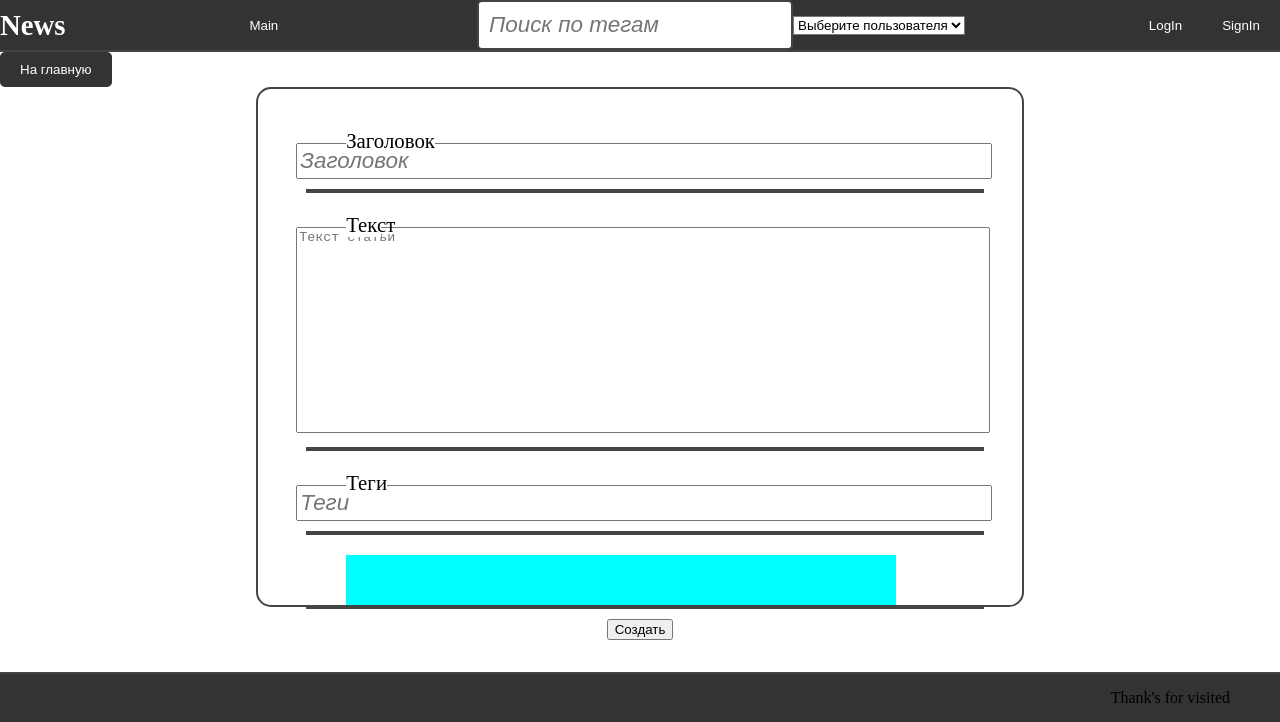
Repository: Igor-Blazhko/news_frontend
Page: /CreatePost
These files come from the project's save history. The page is drawn as it stood at one moment and after the next save; the edit follows.
The browser window is 1280 px wide. The pictures show the whole page.
The project was rebuilt for these pictures with package versions that can differ from the ones it lists, and the page was loaded fresh each time. Also part of the build but not shown: vite.config.ts, src/components/allPost/onePost/onePost.module.css, src/components/allPost/onePost/onePost.tsx, src/components/allPost/allPost.tsx, src/components/auth/logIn/login.module.css, src/components/auth/logIn/login.tsx, src/components/auth/register/register.tsx, src/components/pageOnePost/comments/comment.tsx and 2 more.

Above is the page before, as saved 2024-07-15 16:51:19.

### src/App.tsx
import Header from './components/header/header'
import AllPost from './components/allPost/allPost'
import Footer from './components/footer/footer'
import LogIn from './components/auth/logIn/login'
import { Page } from './types'
import SignIn from './components/auth/register/register'
import { BrowserRouter, Route, Routes } from 'react-router-dom'
import OnePost from './components/pageOnePost/OnePost'
import { Provider } from 'react-redux'
import { store } from './store'
import { QueryClient, QueryClientProvider } from '@tanstack/react-query'
import CreatePost  from './components/createPost/createPost'



const queryClient = new QueryClient();

function App() {

  return (
    <Provider store={store}>
      <QueryClientProvider client={queryClient}>
        <BrowserRouter>
        <Header></Header>
          <Routes>
            <Route path="*" element ={ <AllPost/> }/>
            <Route path={Page.LogIn} element ={ <LogIn/> }/>
            <Route path={Page.SignIn} element ={ <SignIn/> }/>
            <Route path={Page.CreatePost} element ={ <CreatePost/> }/>
            <Route path={Page.OnePost+'/:id'} element ={ <OnePost/> }/>
          </Routes>
        <Footer></Footer>
        </BrowserRouter>
      </QueryClientProvider>
    </Provider>
  )
}

export default App

### src/index.css
body{
  margin: 0;
  padding: 0;
  width: 100vw;
  min-height: 100vh;
  overflow-x: hidden;
}

main{
  min-height: calc(100vh - 100px);
}

### src/components/header/header.tsx

import { Link } from 'react-router-dom';
import Button from '../simplyComponents/button/button';
import styles from './header.module.css'
import ButtonAuth  from './buttonAuth/buttonAuth';
import Filter from './filter/filter';


export default function Header() {
        return (
        <header className={styles.header}>
            <div className={styles.logo}>
                News
            </div>
            <nav>
                <Link to="">
                    <Button>Main</Button>
                </Link>
            </nav>
            <Filter/>
            <ButtonAuth/>
        </header>
    )
}

### src/components/footer/footer.tsx
import { Link } from 'react-router-dom'
import styles from './footer.module.css'
import { Page } from '../../types'
import Button from '../simplyComponents/button/button'
import { useSelector } from 'react-redux'
import { States } from '../../store'

export default function Footer(){
    const JWT = useSelector( (state:States) => state.JWT)
    return(
        <footer className={styles.footer}>
            {
            JWT &&
            <Link to={'/'+Page.CreatePost}>
                <Button>Создать пост</Button>
            </Link>
            }

            <div className={styles.text}>Thank's for visited</div>
        </footer>
    )
}

### src/types.ts
export const enum Page {
    LogIn = 'LogIn',
    SignIn = 'SignIn',
    AllPost = 'AllPost',
    OnePost = 'OnePost',
    CreatePost = 'CreatePost',
}

export class ObjectToken {
    private readonly access_token:string;
    constructor(access_token:string){
        this.access_token = access_token;
    }
}

export class HTTPExeption{
    private readonly response:string;
    private readonly status:number;
    private readonly message:string;
    private readonly name:string;
    constructor(response:string, status:number, message:string, name:string){
        this.response = response;
        this.status = status;
        this.message = message;
        this.name = name;
    }
}

### src/store.ts
import { createStore } from '@reduxjs/toolkit'
import cooks from './basefunction';

export interface States{
  tagfilter: string[],
  userfilter: number,
  JWT:string|undefined,
  location: string,
}

const defaultState:States = {
  tagfilter: [],
  userfilter: 0,
  JWT: cooks.getJWT(),
  location: '*',
}

type Action = {
  type:string,
  buffer?:string,
  userId?:number,
  JWT?:string,
}
const reducer = (state = defaultState, action:Action) => {
  switch (action.type){
    case 'Filter':
      if (( 'buffer' in action) && (action.buffer !== undefined)) {
        const arr = action.buffer.split(' ');
        state = {...state,
          tagfilter: arr,
        }
      }
      return state;
    case 'setUserFilter':
      if (( 'userId' in action) && (action.userId !== undefined)) {
        state = {...state,
          userfilter: action.userId,
        }
      }
      return state
    case 'SetJWT':
      if ( ('JWT' in action) && (action.JWT !== undefined) ){
        state = {...state,
          JWT: action.JWT,
        }
        cooks.LogIn(action.JWT)
      // document.cookie = `JWT_token=${action.JWT}`
      }
      return state;
    case 'DelJwt':
      state = {
        ...state,
        JWT:'',
      }
      cooks.LogOut()
      return state;
    case 'setLocation':
      state = {
        ...state,
        location: location.pathname,
      }
      return state;
    case 'dropLocation':
      state = {
        ...state,
        location: '*',
      }
      return state;
    default:
      return state;
  }
}

export const store = createStore(reducer)

### src/components/createPost/createPost.tsx
import { Link } from "react-router-dom";
import { Page } from "../../types";
import Button from "../simplyComponents/button/button";
import SERVER from "../../dataServer";
import styles from "./createPost.module.css"

export default function CreatePost(){

    return (
        <main>
            <Link to={'/'}>
                <Button>На главную</Button>
            </Link>
            <div>
                <form action={SERVER.POST.News.create} method="post" className={styles.form}>
                    <div className={styles.article}>
                        <label htmlFor="article" className={styles.article} >Заголовок</label>
                        <input type="text" name="article" maxLength={254} placeholder="Заголовок" className={styles.article}/>
                    </div>
                    <div className={styles.text}>
                        <div className={styles.label}>Текст</div>
                        <textarea name="text" placeholder="Текст статьи" className={styles.text}/>
                    </div>
                    <div className={styles.tags}>
                        <label htmlFor="tags" className={styles.tags}>Теги</label>
                        <input type="text" name="tags" placeholder="Теги"  className={styles.tags}/>
                    </div>
                    <div className={styles.file}>
                        <label htmlFor="file" className={styles.file}>
                            <input type="file" name="file" className={styles.file} hidden/>
                        </label>
                    </div>
                    <button type="submit" className={styles.btn}>Создать</button>
                </form>
            </div>
        </main>

    )
}

### src/components/simplyComponents/button/button.tsx
import { MouseEventHandler, ReactNode } from 'react'
import styles from './button.module.css'
type Button = {
    text?:string,
    children?:ReactNode
    onClick?:MouseEventHandler<HTMLButtonElement>
}

export default function Button(props:Button){

    return(
        <button className={styles.button} onClick={props.onClick}>{props.children}</button>
    )
}

### src/components/header/header.module.css
header {
    background-color: #333;
    display: flex;
    justify-content: space-between;
    align-items: center;
    border-bottom: 2px solid #444;
    box-sizing: border-box;
    min-height: 50px;
}

.logo {
    font-size: 1.8em;
    font-weight: bold;
    color: #fff;
}



  .filter {
    display: flex;
    align-items: center;
  }

  .filter input,
  .filterselect {
    padding: 8px 10px;
    margin-left: 15px;
    border: 2px solid #444;
    border-radius: 5px;
    transition: border-color 0.3s ease;
  }

  .filter input:focus,
  .filter select:focus {
    border-color: #888;
  }

  .filter select {
    background-color: #fff;
}

### src/components/header/buttonAuth/buttonAuth.tsx
import { useDispatch, useSelector } from "react-redux"
import { States } from "../../../store"
import cooks from "../../../basefunction";
import Button from "../../simplyComponents/button/button";
import { Link } from "react-router-dom";
import { Page } from "../../../types";

export default function ButtonAuth(){

    const JWT = useSelector( (state:States) => state.JWT);
    const dispatch = useDispatch();

    function LogOut(){
        dispatch({
            type: 'DelJwt',
        })
    }

    return (
        <>
            {
                JWT?
                <div className="auth">
                    <Button onClick={LogOut}>LogOut</Button>
                </div>
                :
                <div className="auth">
                    <Link to={Page.LogIn}>
                        <Button>LogIn</Button>
                    </Link>
                    <Link to={Page.SignIn}>
                        <Button>SignIn</Button>
                    </Link>
                </div>
                }
        </>
    )
}

### src/components/header/filter/filter.tsx

import { useEffect, useState } from 'react'
import { User } from '../../pageOnePost/types/types'
import styles from '../header.module.css'
import { useDispatch } from 'react-redux'

export default function Filter(){
    const [users, setUsers] = useState([ {
        id: 1,
        name: 'igor',
        sername: 'Blazhko',
        login: 'user1',
    }])
    const [change, setChange] = useState(false)
    const dispatch = useDispatch()

    useEffect(() => {
        const users = [
            {
                id: 1,
                name: 'igor',
                sername: 'Blazhko',
                login: 'user1',
            },
            {
                id: 2,
                name: 'igor',
                sername: 'Tokin',
                login: 'user2',
            },
            {
                id: 3,
                name: 'igor',
                sername: 'Lankin',
                login: 'user3',
            },
        ];
        setUsers(users);
        // setLog(JWT)
    },[])

    function changeFilter(event:React.ChangeEvent<HTMLInputElement>){
        dispatch({
            type:'Filter',
            buffer: event.target.value,
        })
    }

    function changeUser(event) {
        dispatch({
            type:'setUserFilter',
            userId: +event.target.value,
        })
        if ( +event.target.value ) setChange(true)
        else setChange(false)
    }

    return (
            <div className={styles.filter}>
                <input type="text" placeholder="Поиск по тегам" onChange={changeFilter}/>
                <select onChange={changeUser} defaultValue="option0">
                    <option value="0">
                        { change? 'Cбросить фильтрацию': 'Выберите пользователя'}
                    </option>
                    {
                        users.map((user:User)=> <option key = {user.id} value={user.id}>{user.name} {user.sername}</option>)
                    }
                </select>
            </div>
    )
}

### src/components/allPost/allPost.module.css

main {
    display: flex;
    flex-direction: column;
    row-gap: 25px;
  }

### src/dataServer.ts


const SERVER = {
    base: 'http://192.168.3.37:5000/',
    POST: {
        register: 'http://127.0.0.1:5000/auth/registration',
        login: 'http://127.0.0.1:5000/auth/login',
        comments: {
            createCom: 'http://127.0.0.1:5000/comments',
        },
        News: {
            create: 'http://127.0.0.1:5000/news',
        }
    },
    GET: {
        allNews: 'http://127.0.0.1:5000/news',
        oneNews: 'http://127.0.0.1:5000/news?id=',
        getAllCommentByPostId: 'http://127.0.0.1:5000/comments?id=',
    }
}
export default SERVER;

### src/components/footer/footer.module.css
footer {
    width: 100vw;
    background-color: #333;
    min-height: 50px;
    border-top: 2px solid #444;
    display: flex;
    justify-content: flex-end;
    align-items: center;
    box-sizing: border-box;
}

.text{
    margin-right: 50px;
}

### src/components/pageOnePost/OnePost.module.css
main{
  display: block;
}
.post_content_full {
    display: flex;
    flex-direction: column;
    align-items: center;
    text-align: center;
    animation: slideIn 0.5s ease-in-out;
  }

  .post_image {
    width: 150px;
    height: 150px;
    margin-bottom: 20px;
  }

  .post_title_full {
    font-size: 2em;
    margin-bottom: 20px;
  }

  .post_text_full {
    font-size: 1.2em;
    margin-bottom: 40px;
  }

  .comments {
    background-color: #fff;
    padding: 20px;
    border: 1px solid #ccc;
    border-radius: 10px;
    margin-top: 20px;
  }



  .comments h3 {
    font-size: 1.5em;
    margin-bottom: 10px;
  }

  .comment {
    margin-bottom: 10px;
    padding: 10px;
    border: 1px solid #ccc;
    border-radius: 5px;
    background-color: #fafafa;
  }

  .comment p {
    font-size: 1.2em;
  }

  .comment_form {
    margin-top: 20px;
  }

  .comment_form textarea {
    width: 100%;
    padding: 10px;
    margin-bottom: 10px;
    border: 1px solid #ccc;
    border-radius: 5px;
    resize: vertical;
    transition: border-color 0.3s ease;
  }

  .comment_form textarea:focus {
    border-color: #888;
  }

  .comment_form button {
    padding: 10px;
    border: none;
    border-radius: 5px;
    background-color: #333;
    color: #fff;
    cursor: pointer;
    transition: background-color 0.3s ease, transform 0.3s ease;
  }

  .comment_form button:hover {
    background-color: #444;
    transform: translateY(-3px);
  }

### src/basefunction.ts
import { useDispatch } from "react-redux";

class Cookie {
    getCookie(name:string) {
        let matches = document.cookie.match(new RegExp(
          "(?:^|; )" + name.replace(/([\.$?*|{}\(\)\[\]\\\/\+^])/g, '\\$1') + "=([^;]*)"
        ));
        return matches ? decodeURIComponent(matches[1]) : undefined;
    }

    setCookie(name:string, value:string, options = {}) {

        options = {
          path: '/',
          // при необходимости добавьте другие значения по умолчанию
          ...options
        };

        if (options.expires instanceof Date) {
          options.expires = options.expires.toUTCString();
        }

        let updatedCookie = encodeURIComponent(name) + "=" + encodeURIComponent(value);

        for (let optionKey in options) {
          updatedCookie += "; " + optionKey;
          let optionValue = options[optionKey];
          if (optionValue !== true) {
            updatedCookie += "=" + optionValue;
          }
        }

        document.cookie = updatedCookie;
    }

    deleteCookie(name:string) {
        this.setCookie(name, "", {
          'max-age': -1
        })
    }

    getJWT(){
        return this.getCookie('JWT_token')
    }

    LogIn(token:string){
        this.setCookie('JWT_token', token, {
            'max-age': 3600
          } )
    }

    LogOut(){
        this.setCookie('JWT_token', '', {
            'max-age': 3600
          } )
    }
}
const cooks = new Cookie()
export default cooks

### src/components/createPost/createPost.module.css
.form {
    border: 2px solid #444;
    border-radius: 15px;
    width: 60%;
    height: calc(100vh - 200px);
    margin: 0 auto;
    display: flex;
    flex-direction: column;
    justify-content: space-between;
    align-items: center;
    padding: 30px 0 ;
    box-sizing: border-box;
}

form>div{
    width: 90%;
}

label, .label {
    position: relative;
    top: 10px;
    left: 50px;
    z-index: 2;
    background-color: white;
    font-size: 1.3em;
    transition: all 0.3s ease-in-out;
}
div:has(input:focus)>label{
    transition: all 0.2s  ease-in;
    top: 0;
}
textarea{
	resize: none;
    width: 100%;
    height: 200px;
}

.label {
    width: 5%;
}
div:has(textarea:focus) .label{
    top: 0;
}
input{
    width: 100%;
    height: 30px;
    font-size: 1.4em;
    font-style: italic;
    display: block;
}

form>div:after{
    display: block;
    width: 98%;
    background-color: #444;
    border: 2px solid #444;
    content: "";
    margin: 10px;
}

label.file{
    display: block;
    background-color: aqua;
    width: 80%;
    height: 50px;
}

input.file{
    opacity: 0;
}

### src/components/simplyComponents/button/button.module.css
.button {
    padding: 10px 20px;
    background-color: #333;
    color: #fff;
    border: none;
    border-radius: 5px;
    cursor: pointer;
    transition: background-color 0.3s ease, transform 0.3s ease;
    text-decoration: none;
}

.button:hover {
    background-color: #444;
    transform: translateY(-3px);
}

Loaded but not shown: index.html (common file); src/main.tsx (common file)

After the next save:
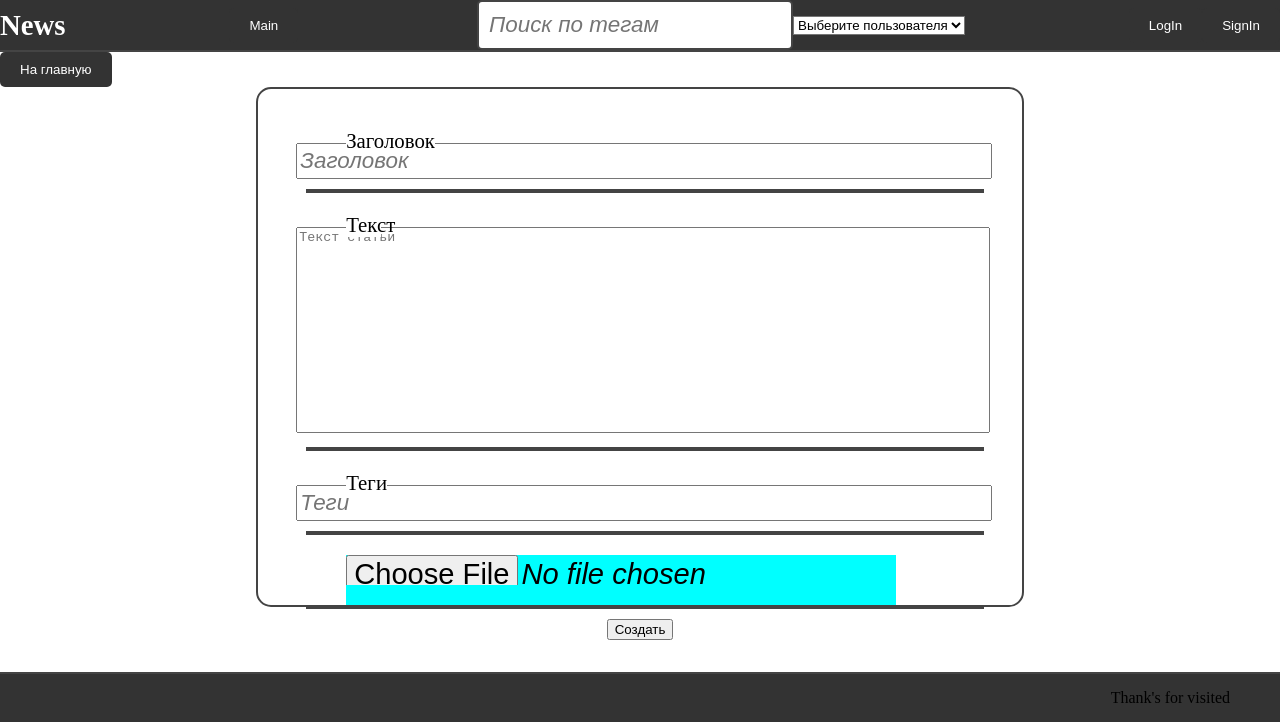
Saved 10 s later.
--- a/src/components/createPost/createPost.module.css
+++ b/src/components/createPost/createPost.module.css
@@ -66,5 +66,5 @@ label.file{
 }
 
 input.file{
-    opacity: 0;
+    opacity: 10;
 }
